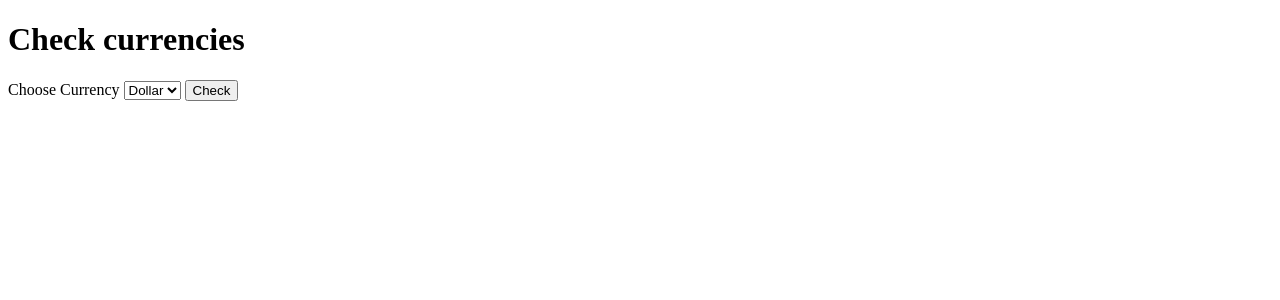
Repository: BlazejBielski/currency_check
Page: index.html
These files come from the project's save history. The page is drawn as it stood at one moment and after a run of saves; the edit follows.
The browser window is 1280 px wide. The pictures show the whole page.

Above is the page before, as saved 2022-03-26 12:29:41.

After the next 5 saves:
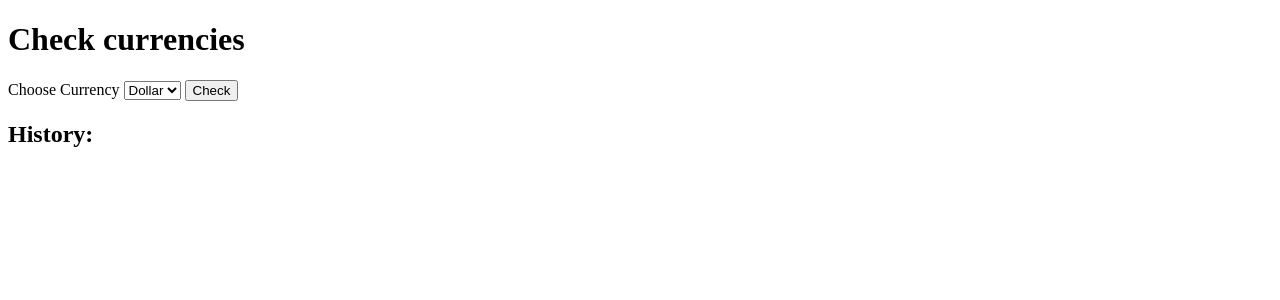
The 5 saves are shown as one change because they came seconds apart.
The last was saved 12 s later.
--- a/index.html
+++ b/index.html
@@ -31,7 +31,10 @@
     </section>
 
     <section>
-        <h2></h2>
+        <h2>History:</h2>
+        <ul>
+
+        </ul>
     </section>
 </body>
 </html>
